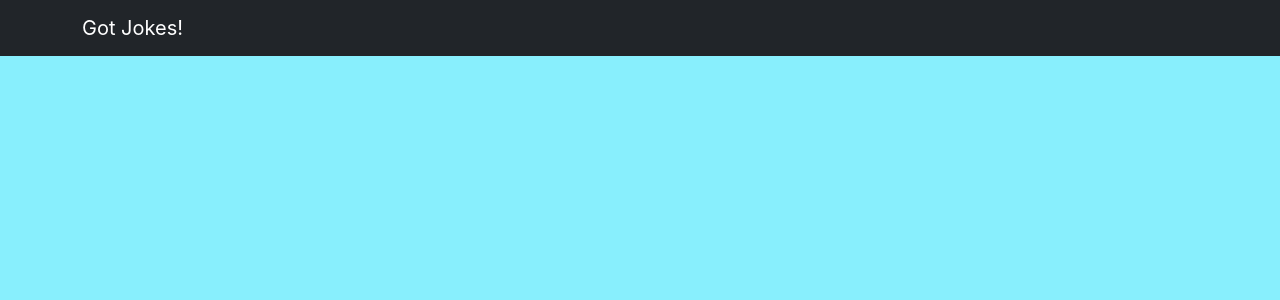
Repository: jontslater/LAB-joke-generator-react
Page: /
An editor plug-in stored every save of this project. The page is shown before and after a run of saves, followed by the edit.
The browser window is 1280 px wide. The pictures show the whole page.
The project was rebuilt for these pictures with package versions that can differ from the ones it lists, and the page was loaded fresh each time. The framework's server and built-in components were replaced by stand-ins that run in the browser. Also part of the build but not shown: next.config.js.

Above is the page before, as saved 2024-01-08 20:56:22.

After the next 3 saves:
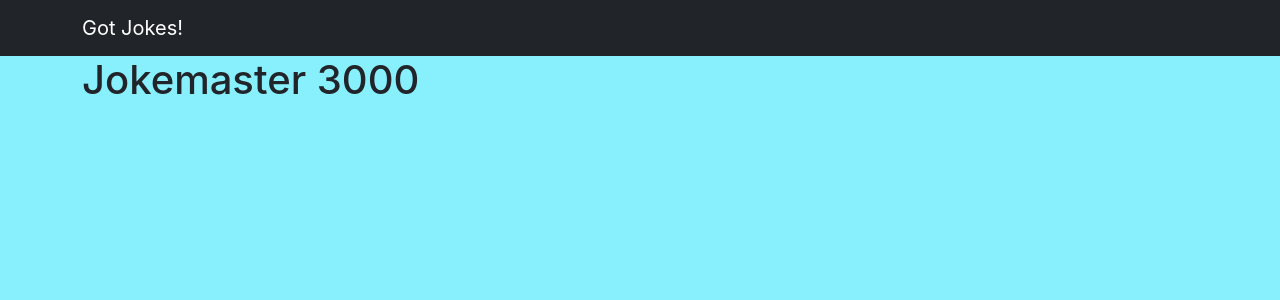
The 3 saves are shown as one change because 2 did not build or start.
The last was saved 2 min 29 s later.
--- a/pages/index.js
+++ b/pages/index.js
@@ -1,16 +1,11 @@
 import React from 'react';
+import Jokes from '../components/Jokes';
 
 function Home() {
   return (
-    <div
-      className="text-center d-flex flex-column justify-content-center align-content-center"
-      style={{
-        height: '90vh',
-        padding: '30px',
-        maxWidth: '400px',
-        margin: '0 auto',
-      }}
-    />
+    <>
+      <Jokes />
+    </>
   );
 }
 
--- a/components/Jokes.js
+++ b/components/Jokes.js
@@ -13,3 +13,5 @@ function Jokes({}) {
     </>
   );
 }
+
+export default Jokes;
